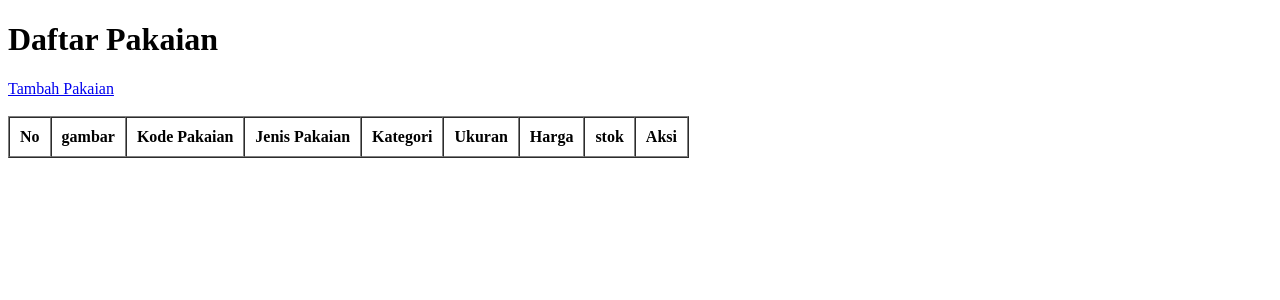
Repository: NovianRI/NovianRI.github.io
Page: http://localhost/
These files come from the project's save history. The page is drawn as it stood at one moment and after the next save; the edit follows.
The browser window is 1280 px wide. The pictures show the whole page.
The page is run by PHP 8.4 with error messages shown; the project is at /var/www/html/. Queries for data that is not in the repository find no rows.

Above is the page before, as saved 2024-01-16 22:28:14.

After the next save:
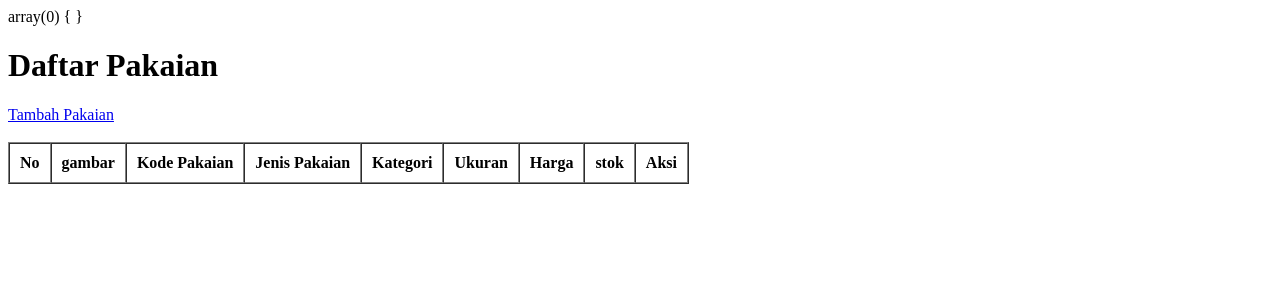
Saved 5 min 27 s later.
--- a/index.php
+++ b/index.php
@@ -3,7 +3,7 @@
 require 'function.php';
 
 $tokopak = query("SELECT * FROM tokopak");
-
+var_dump($tokopak);
 
 ?>
 
